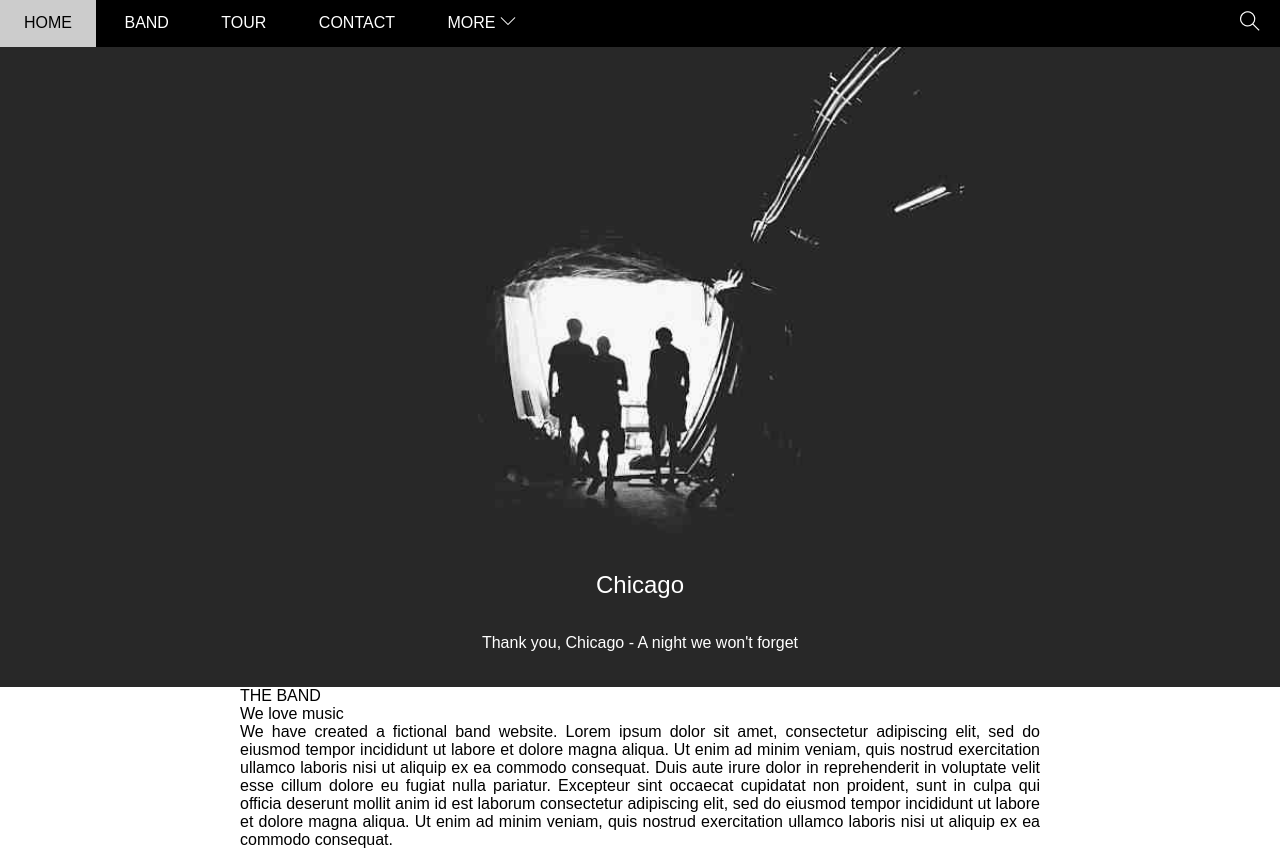
Repository: thanhsonnguyen-gif/f8-learn
Page: projectDemoTheBand/index.html
These files come from the project's save history. The page is drawn as it stood at one moment and after the next save; the edit follows.
The browser window is 1280 px wide. The pictures show the whole page.

Above is the page before, as saved 2022-06-24 17:42:43.

After the next save:
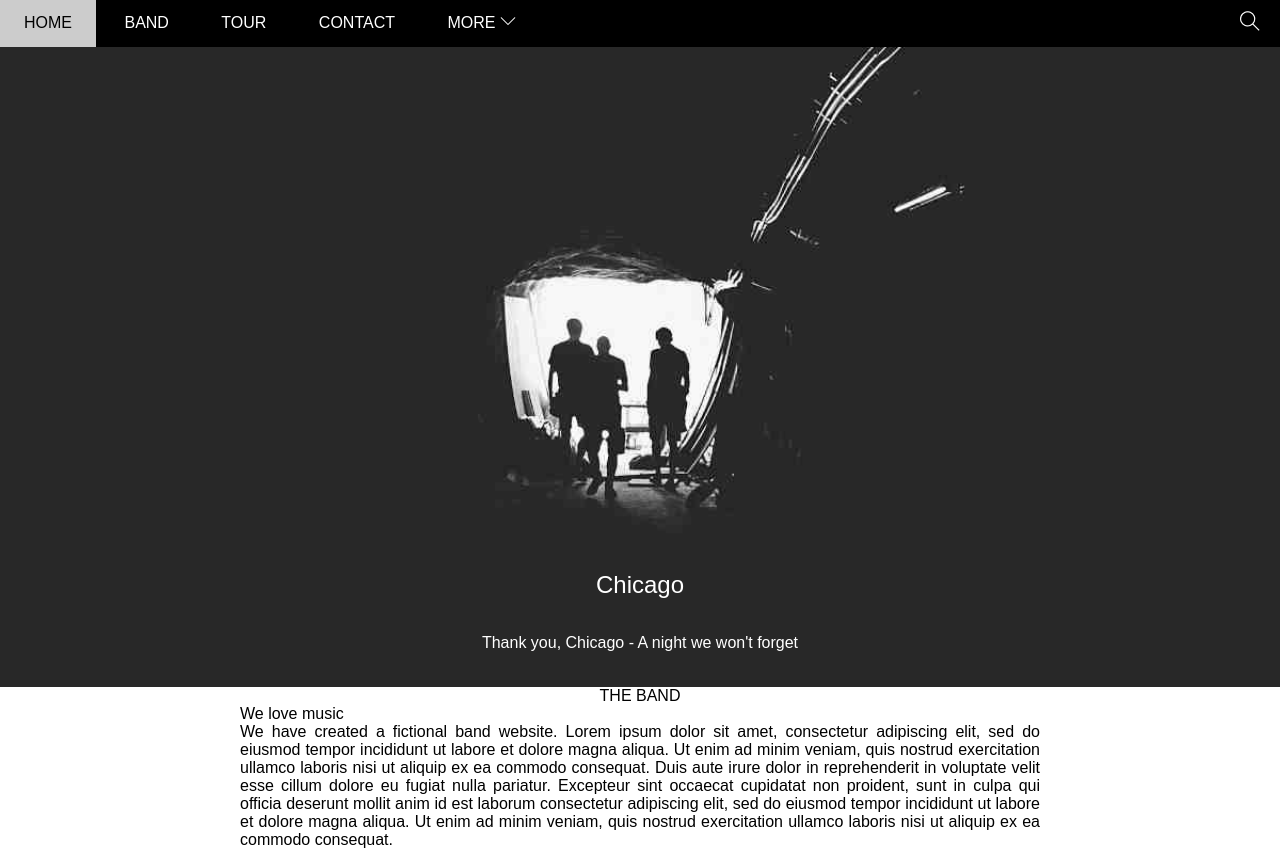
Saved 15 s later.
--- a/projectDemoTheBand/assets/css/style.css
+++ b/projectDemoTheBand/assets/css/style.css
@@ -123,11 +123,11 @@ margin: 0  auto;
 }
 
 .healding{
-
+text-align: center;
 }
 
 .sub-healding{
-
+text-align: center;
 }
 
 .text-about{
